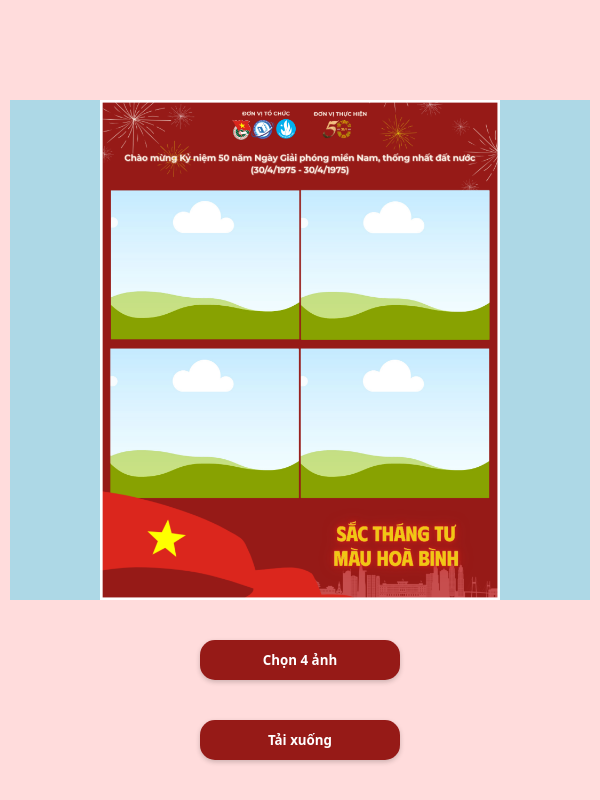
Repository: nguyentambinh/tuoitretdmu
Page: http://localhost/
The author's editor kept a copy of each file at every save. The page is drawn from the files as they stood at one save, then again after a run of saves.
The browser window is 600 px wide. The pictures show the whole page.
The page is run by PHP 8.4 with error messages shown; the project is at /var/www/html/.

Above is the page before, as saved 2025-04-10 13:44:34.
Console error: TypeError: Cannot read properties of null (reading 'addEventListener')

### index.php
<!DOCTYPE html>
<html lang="en">
<head>
    <meta charset="UTF-8">
    <meta name="viewport" content="width=device-width, initial-scale=1.0">
    <link rel="stylesheet" href="main.css">
    <script src="main.js"></script>
    <title></title>
</head>
<body>
    <div class = "container-box">
        <div class="background-box">
            <img src="" alt="" class="img-sub">
            <img src="" alt="" class="img-sub">
            <img src="" alt="" class="img-sub">
            <img src="" alt="" class="img-sub"><img src="" alt="" class="img-sub">
        </div>
        <div class="control-box">
            <button id="btn-add-picture" class=" btn-custom">
                Chọn 4 ảnh
            </button>
            <button class="btn-custom btn-dowload-picture">Tải xuống</button>
        </div>
    </div>
</body>
<script>
  // Khi nhấn nút "Chọn 4 ảnh" thì click vào input hidden
  document.getElementById("btn-add-picture").addEventListener("click", function () {
    document.getElementById("image-choose").click();
  });

  // Khi người dùng chọn ảnh
  document.getElementById("image-choose").addEventListener("change", function (e) {
    const files = e.target.files;

    for (let i = 0; i < 4; i++) {
      const img = document.getElementById(`img-choosen-${i + 1}`);

      if (files[i]) {
        const reader = new FileReader();
        reader.onload = function (event) {
          img.src = event.target.result;
        };
        reader.readAsDataURL(files[i]);
      } else {
        // Nếu thiếu ảnh thì giữ placeholder
        img.src = "./data/placeholder.jpg";
      }
    }
  });
</script>

</html>

### main.css
body {
    background-color: #ffdcdc;
    margin: 0;
    padding: 0;
    display: flex;
    justify-content: center;
    margin-top: 100px;
}

.container-box {
    display: grid;
    grid-template-columns: 1fr 1fr;
    gap: 20px;
    width: 900px;
    max-width: 100%;
}

@media screen and (max-width: 720px) {
    .container-box {
        grid-template-columns: 1fr;
        grid-template-rows: auto auto;
        width: 100%;
        padding: 0 10px;
    }

    .control-box {
        align-items: center;
    }
    .btn-custom{
        width: 400px;
    }
}

.background-box {
    display: flex;
    justify-content: center;
    align-items: center;
    background-position: center;
    background-image: url('./picture/FRAMEPHOTOBOOTH304.png');
    background-size: contain;
    background-repeat: no-repeat;
    background-color: lightblue;
    width: 100%;
    height: 500px;
}

.control-box {
    display: flex;
    flex-direction: column;
    align-items: center;
    justify-content: center;
}

.btn-custom {
    background-color: #961A17;
    border-radius: 15px;
    font-weight: bold;
    font-family: system-ui;
    width: 200px;
    height: 40px;
    color: white;
    margin: 20px 0;
    border: none;
    box-shadow: 0 2px 5px rgba(0,0,0,0.2);
    cursor: pointer;
}

Loaded but not shown: main.js (no copy from this time; the picture is the same without it)

After the next 2 saves:
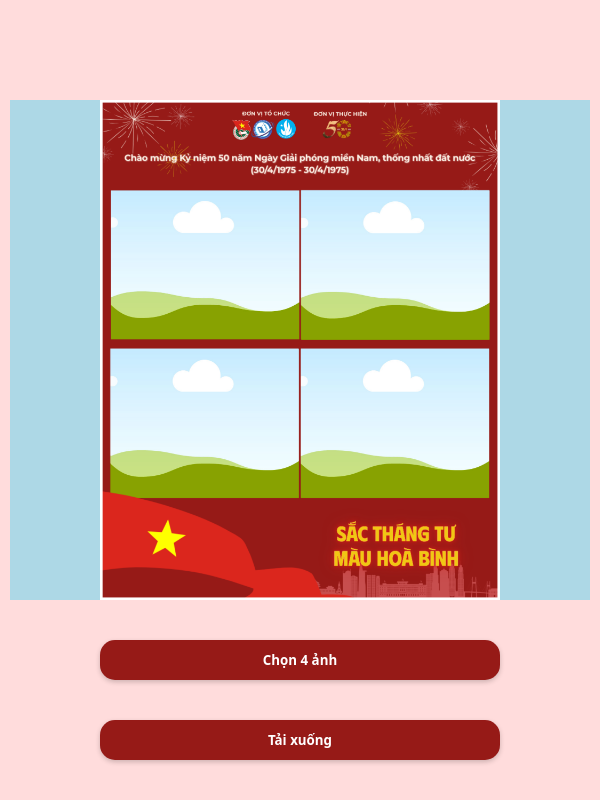
The 2 saves are shown as one change because they came seconds apart.
The last was saved 10 s later.
--- a/main.css
+++ b/main.css
@@ -15,21 +15,7 @@ body {
     max-width: 100%;
 }
 
-@media screen and (max-width: 720px) {
-    .container-box {
-        grid-template-columns: 1fr;
-        grid-template-rows: auto auto;
-        width: 100%;
-        padding: 0 10px;
-    }
 
-    .control-box {
-        align-items: center;
-    }
-    .btn-custom{
-        width: 400px;
-    }
-}
 
 .background-box {
     display: flex;
@@ -64,3 +50,18 @@ body {
     box-shadow: 0 2px 5px rgba(0,0,0,0.2);
     cursor: pointer;
 }
+@media screen and (max-width: 720px) {
+    .container-box {
+        grid-template-columns: 1fr;
+        grid-template-rows: auto auto;
+        width: 100%;
+        padding: 0 10px;
+    }
+
+    .control-box {
+        align-items: center;
+    }
+    .btn-custom{
+        width: 400px;
+    }
+}
